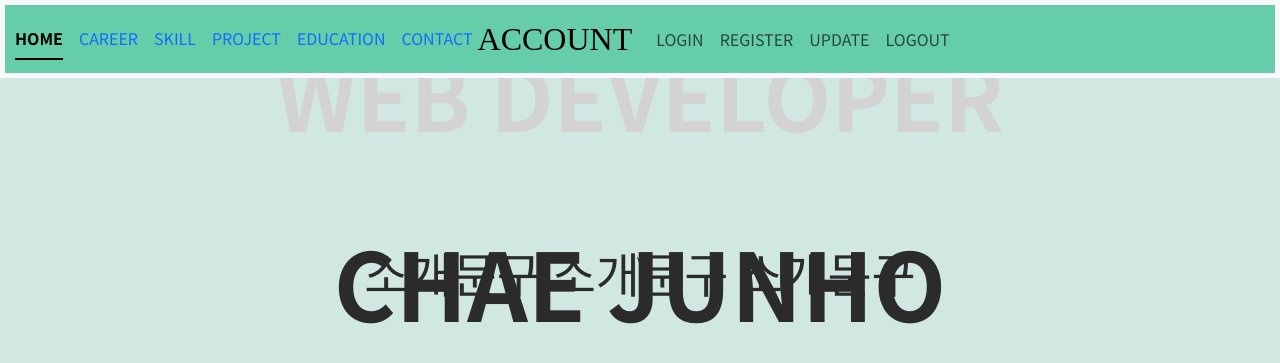
Repository: chaejunho689/bitcamp
Page: PersonalProject/src/main/webapp/index.html
An editor plug-in stored every save of this project. The page is shown before and after the next save, followed by the edit.
The browser window is 1280 px wide. The pictures show the whole page.

Above is the page before, as saved 2024-08-29 10:24:51.

After the next save:
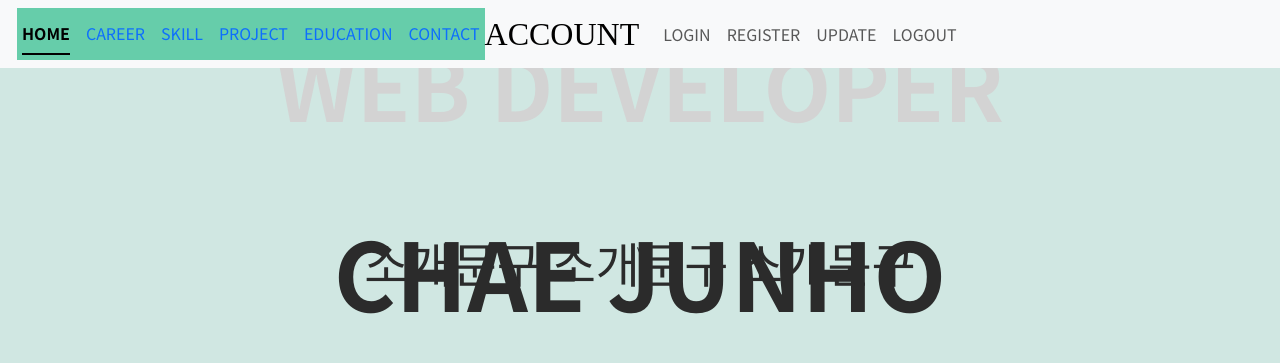
Saved 11 s later.
--- a/PersonalProject/src/main/webapp/index.html
+++ b/PersonalProject/src/main/webapp/index.html
@@ -14,7 +14,7 @@
 
 	<!-- gnb -->
 	<nav class="navbar navbar-expand-lg bg-body-tertiary" id="navbar_top">
-		<div class="container-fluid" id="navbar_top" id="navbarToggleExternalContent">
+		<div class="container-fluid" id="navbarToggleExternalContent" >
 		<ul class="nav nav-underline justify-content-end" id="navbar_top">
 			<li class="nav-item"><a class="nav-link active"
 				aria-current="page" href="./index.html">HOME</a></li>

After the save that followed:
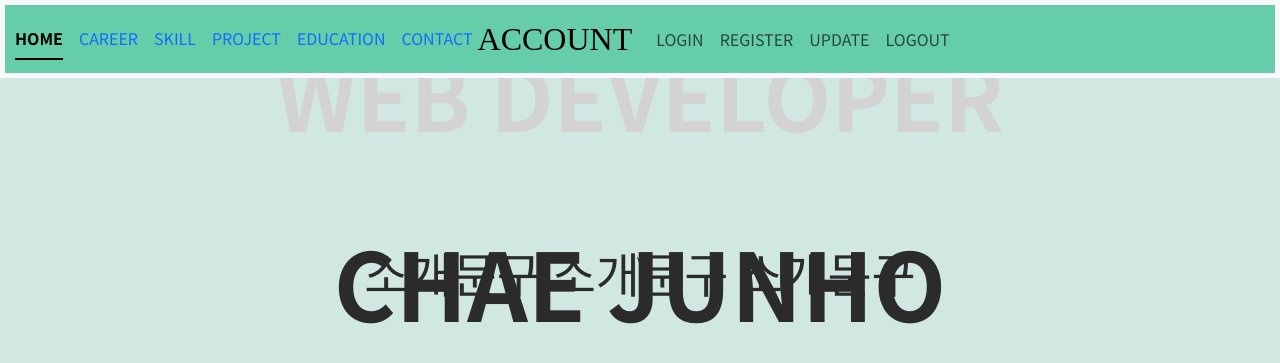
Saved 4 s later.
--- a/PersonalProject/src/main/webapp/index.html
+++ b/PersonalProject/src/main/webapp/index.html
@@ -14,7 +14,7 @@
 
 	<!-- gnb -->
 	<nav class="navbar navbar-expand-lg bg-body-tertiary" id="navbar_top">
-		<div class="container-fluid" id="navbarToggleExternalContent" >
+		<div class="container-fluid" id="navbar_top" >
 		<ul class="nav nav-underline justify-content-end" id="navbar_top">
 			<li class="nav-item"><a class="nav-link active"
 				aria-current="page" href="./index.html">HOME</a></li>
